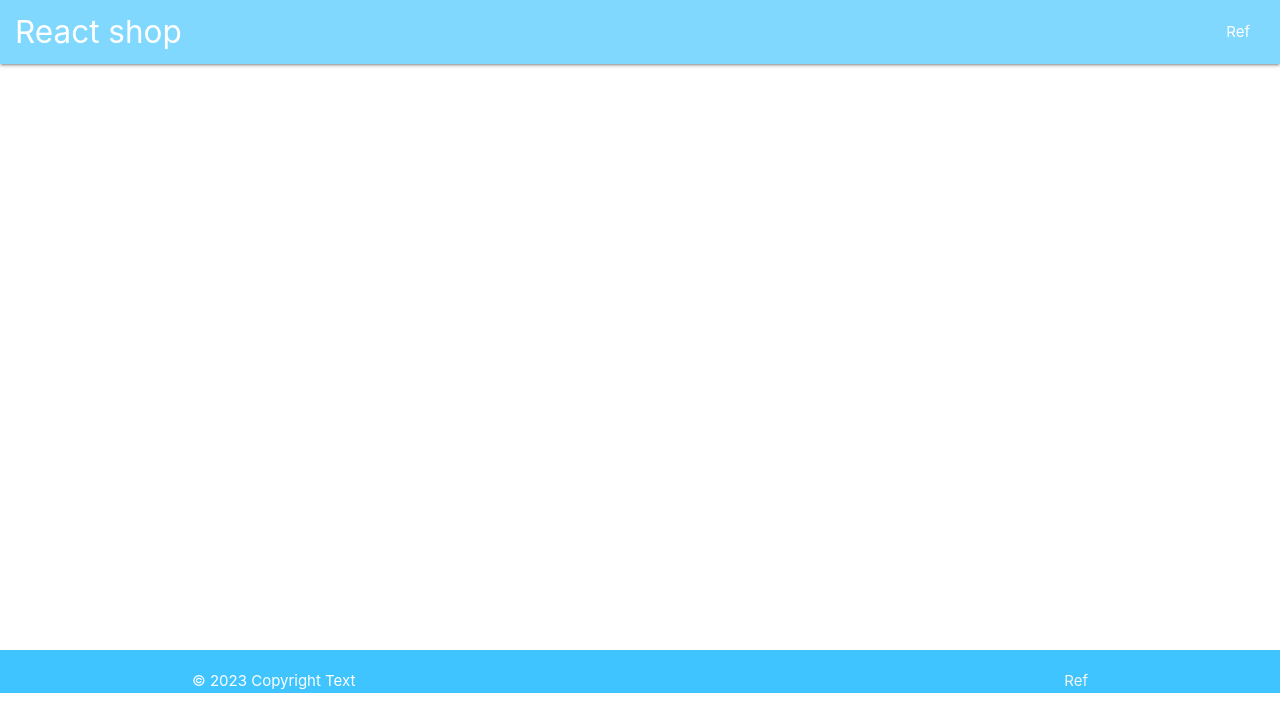
Repository: qui-qui-qui/react-recipe
Page: /
These files come from the project's save history. The page is drawn as it stood at one moment and after the next save; the edit follows.
The browser window is 1280 px wide. The pictures show the whole page.
The project was rebuilt for these pictures with package versions that can differ from the ones it lists, and the page was loaded fresh each time. Also part of the build but not shown: src/pages/About.jsx, src/pages/Contact.jsx.

Above is the page before, as saved 2023-01-09 15:00:39.

After the next save:
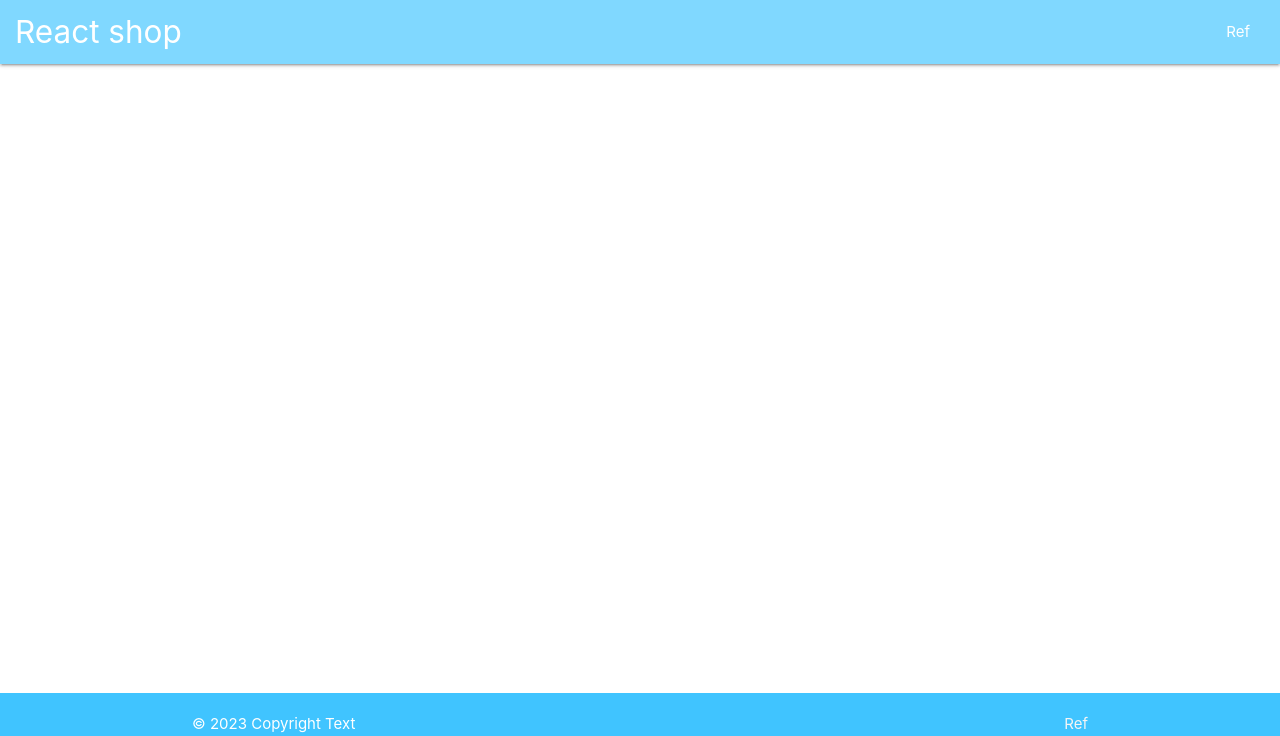
Saved 72 s later.
--- a/src/index.css
+++ b/src/index.css
@@ -12,6 +12,6 @@ nav {
 }
 
 .content {
-  min-height: calc(100vh - 70px - 64px);
+  min-height: calc(100vh - 70px - 21px);
   padding: 1.5rem 0;
 }
